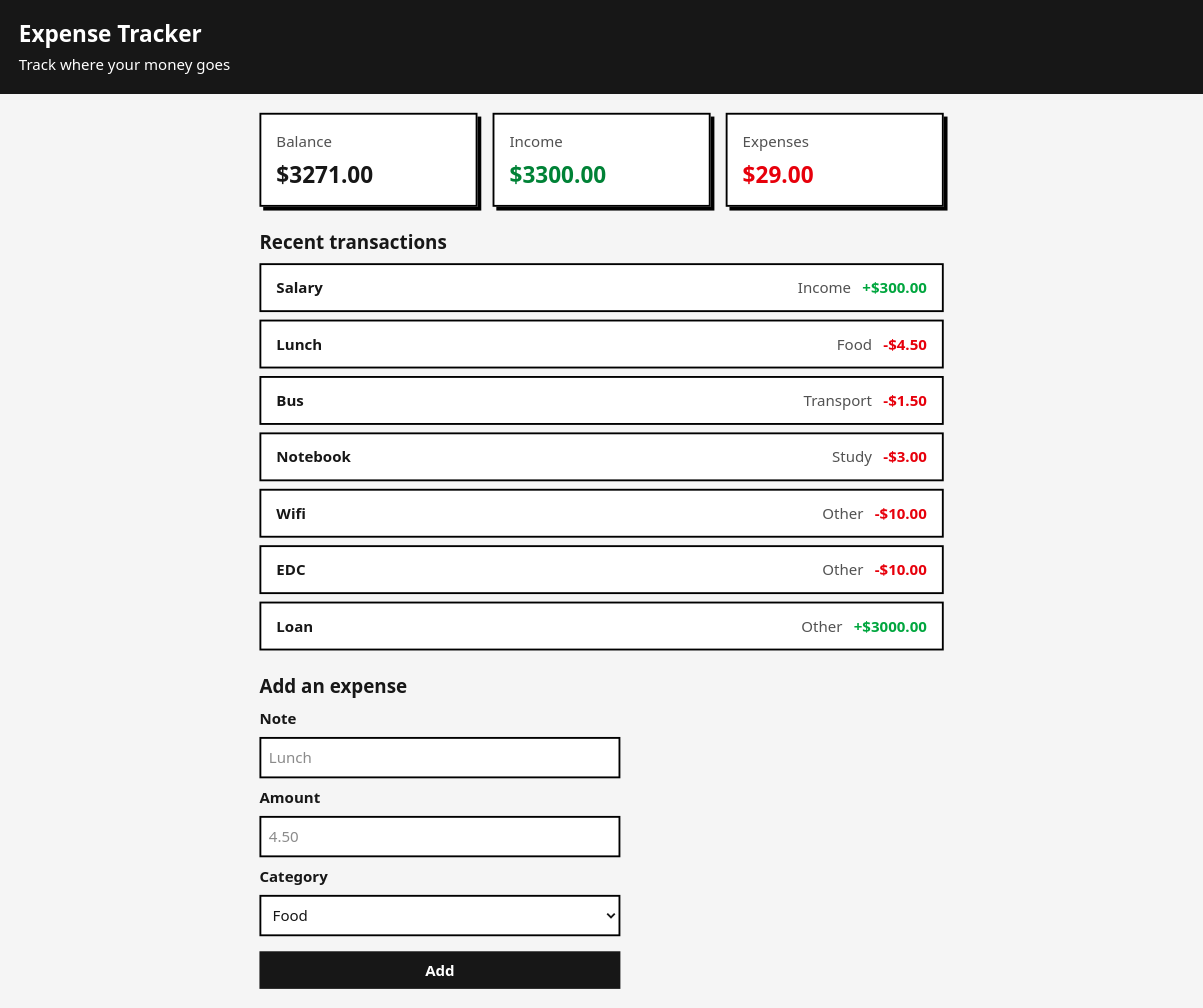
Repository: Keanbunheng/html-basics-Day1_AI
Page: expense-tracker-w2-d4-start/index.html
These files come from the project's save history. The page is drawn as it stood at one moment and after the next save; the edit follows.
The browser window is 1280 px wide. The pictures show the whole page, at 94% of full size.

Above is the page before, as saved 2026-11-17 21:23:18.

### expense-tracker-w2-d4-start/index.html
<!doctype html>
<html lang="en">
  <head>
    <meta charset="UTF-8" />
    <meta name="viewport" content="width=device-width, initial-scale=1.0" />
    <title>Expense Tracker</title>
    <script src="https://cdn.jsdelivr.net/npm/@tailwindcss/browser@4.1.18"></script>
  </head>
  <body class="bg-neutral-100 text-neutral-900">
    <header class="bg-neutral-900 p-5 text-white">
      <h1 class="mb-1 text-2xl font-bold">Expense Tracker</h1>
      <p>Track where your money goes</p>
    </header>

    <main class="mx-auto max-w-3xl p-5">
      <section class="mb-6 flex flex-col gap-4 sm:flex-row">
        <div
          class="flex-1 border-2 border-black bg-white p-4 shadow-[4px_4px_0_#000]"
        >
          <p class="mb-2 text-neutral-600">Balance</p>
          <p class="text-2xl font-bold" id="total-money">$291.00</p>
        </div>
        <div
          class="flex-1 border-2 border-black bg-white p-4 shadow-[4px_4px_0_#000]"
        >
          <p class="mb-2 text-neutral-600">Income</p>
          <p class="text-2xl font-bold text-green-700" id="income-money">
            $300.00
          </p>
        </div>
        <div
          class="flex-1 border-2 border-black bg-white p-4 shadow-[4px_4px_0_#000]"
        >
          <p class="mb-2 text-neutral-600">Expenses</p>
          <p class="text-2xl font-bold text-red-600" id="expense-money">
            $9.00
          </p>
        </div>
      </section>

      <section class="mb-6">
        <h2 class="mb-2 text-xl font-bold">Recent transactions</h2>
        <ul id="list-container">
          <li
            class="mb-2 flex flex-col gap-1 border-2 border-black bg-white px-4 py-3 sm:flex-row sm:justify-between sm:gap-3"
          >
            <span class="flex-1 font-semibold">Salary</span>
            <span class="text-neutral-600">Income</span>
            <span class="font-bold text-green-700">+$300.00</span>
          </li>
          <li
            class="mb-2 flex flex-col gap-1 border-2 border-black bg-white px-4 py-3 sm:flex-row sm:justify-between sm:gap-3"
          >
            <span class="flex-1 font-semibold">Lunch</span>
            <span class="text-neutral-600">Food</span>
            <span class="font-bold text-red-600">-$4.50</span>
          </li>
          <li
            class="mb-2 flex flex-col gap-1 border-2 border-black bg-white px-4 py-3 sm:flex-row sm:justify-between sm:gap-3"
          >
            <span class="flex-1 font-semibold">Bus</span>
            <span class="text-neutral-600">Transport</span>
            <span class="font-bold text-red-600">-$1.50</span>
          </li>
          <li
            class="mb-2 flex flex-col gap-1 border-2 border-black bg-white px-4 py-3 sm:flex-row sm:justify-between sm:gap-3"
          >
            <span class="flex-1 font-semibold">Notebook</span>
            <span class="text-neutral-600">Study</span>
            <span class="font-bold text-red-600">-$3.00</span>
          </li>
        </ul>
      </section>

      <section>
        <h2 class="mb-2 text-xl font-bold">Add an expense</h2>
        <form class="flex max-w-sm flex-col gap-2" id="input">
          <label for="note" class="font-semibold">Note</label>
          <input
            id="note"
            type="text"
            placeholder="Lunch"
            class="border-2 border-black bg-white p-2"
          />

          <label for="amount" class="font-semibold">Amount</label>
          <input
            id="amount"
            type="number"
            step="0.01"
            placeholder="4.50"
            class="border-2 border-black bg-white p-2"
          />

          <label for="category" class="font-semibold">Category</label>
          <select id="category" class="border-2 border-black bg-white p-2">
            <option>Food</option>
            <option>Transport</option>
            <option>Study</option>
            <option>Other</option>
          </select>

          <button
            type="submit"
            class="mt-2 bg-neutral-900 p-2 font-semibold text-white"
            id="Button"
          >
            Add
          </button>
        </form>
      </section>
    </main>
    <script src="app.js"></script>
  </body>
</html>

### expense-tracker-w2-d4-start/app.js
const transactions = [
  {
    id: 1,
    note: 'Salary',
    category: 'Income',
    type: 'income',
    amountCents: 30000,
  },
  { id: 2, note: 'Lunch', category: 'Food', type: 'expense', amountCents: 450 },
  {
    id: 3,
    note: 'Bus',
    category: 'Transport',
    type: 'expense',
    amountCents: 150,
  },
  {
    id: 4,
    note: 'Notebook',
    category: 'Study',
    type: 'expense',
    amountCents: 300,
  },
];

function formatMoney(cents) {
  const sign = cents < 0 ? '-' : '';
  return sign + '$' + (Math.abs(cents) / 100).toFixed(2);
}

function totalCents(list) {
  return list.reduce((sum, tx) => sum + tx.amountCents, 0);
}

function filterByCategory(list, category) {
  return list.filter((tx) => tx.category === category);
}

function filterByType(list, type) {
  return list.filter((tx) => tx.type === type);
}

function summarize(list) {
  const incomeCents = totalCents(filterByType(list, 'income'));
  const expensesCents = totalCents(filterByType(list, 'expense'));
  return {
    incomeCents: incomeCents,
    expensesCents: expensesCents,
    balanceCents: incomeCents - expensesCents,
  };
}

function addTransaction(list, tx) {
  return [...list, tx];
}

// Practice 2 — the AI's totalExpenses, reviewed and fixed:
// whole cents, no off-by-one loop, no duplicated work.
function totalExpenses(list) {
  return totalCents(filterByType(list, 'expense'));
}

const notes = transactions.map((tx) => tx.note);

console.log(formatMoney(transactions[1].amountCents));

// ----- Checks -----
function check(name, actual, expected) {
  const ok = actual === expected;
  console.log(
    ok ? '✓' : '✗',
    name,
    ok ? '' : `(expected ${expected}, got ${actual})`,
  );
}

check('format 450', formatMoney(450), '$4.50');
check('total of all', totalCents(transactions), 30900);
check('Food count', filterByCategory(transactions, 'Food').length, 1);
check('expense count', filterByType(transactions, 'expense').length, 3);
check('balance', summarize(transactions).balanceCents, 29100);
check(
  'new length',
  addTransaction(transactions, {
    id: 5,
    note: 'Coffee',
    category: 'Food',
    type: 'expense',
    amountCents: 250,
  }).length,
  5,
);
check('notes', notes.join(','), 'Salary,Lunch,Bus,Notebook');
check('total expenses', totalExpenses(transactions), 900);

// Edge cases
check('total of empty list', totalCents([]), 0);
check('total expenses of empty list', totalExpenses([]), 0);
check('original list not changed', transactions.length, 4); // after addTransaction

function ListShow() {
  const lists = document.querySelector('#list-container');
  lists.innerHTML = transactions
    .map((ele) => {
      let isExpense = true;
      if (ele.type != 'expense') {
        isExpense = false;
      }
      return `
  <li class="mb-2 flex flex-col gap-1 border-2 border-black bg-white px-4 py-3 sm:flex-row sm:justify-between sm:gap-3">
    <span class="flex-1 font-semibold">${ele.note}</span>
    <span class="text-neutral-600">${ele.category}</span>
    <span class="font-bold ${isExpense ? 'text-red-600' : 'text-green-600'}">${isExpense ? '-' : '+'}${formatMoney(ele.amountCents)}</span>
  </li>
`;
    })
    .join('');
}
function dashboardDetail() {
  const sum = summarize(transactions);
  const totalMoney = (document.getElementById('total-money').textContent =
    formatMoney(sum.balanceCents));
  const incomeMoney = (document.getElementById('income-money').innerHTML =
    formatMoney(sum.incomeCents));

  const expenseMoney = (document.getElementById('expense-money').innerHTML =
    formatMoney(sum.expensesCents));
}
transactions.push({
  id: 9,
  note: 'Wifi',
  category: 'Other',
  type: 'expense',
  amountCents: 1000,
});

transactions.push({
  id: 5,
  note: 'EDC',
  category: 'Other',
  type: 'expense',
  amountCents: 1000,
});

transactions.push({
  id: 6,
  note: 'Loan',
  category: 'Other',
  type: 'income',
  amountCents: 300000,
});

ListShow();
dashboardDetail();

const note_ = ""

After the next save:
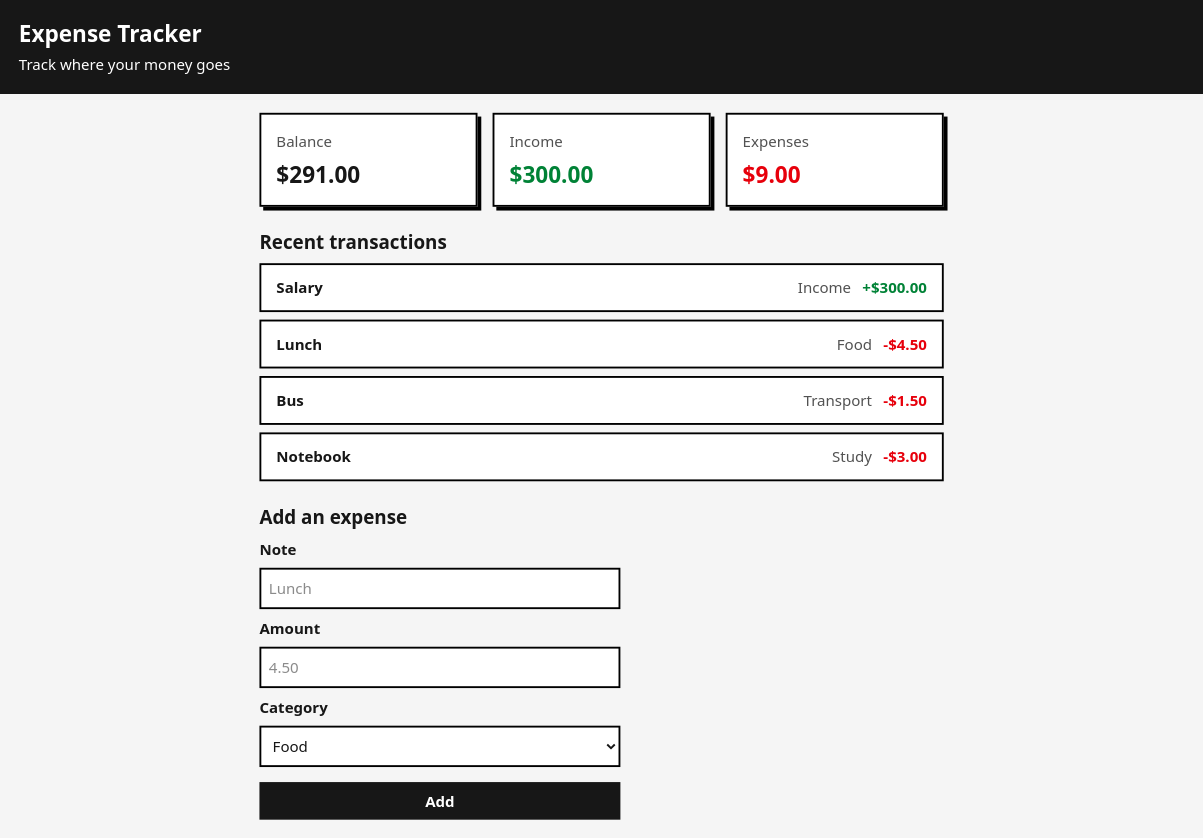
Console error: SyntaxError: Identifier 'noteData' has already been declared
Saved 4 s later.
--- a/expense-tracker-w2-d4-start/app.js
+++ b/expense-tracker-w2-d4-start/app.js
@@ -153,4 +153,6 @@ transactions.push({
 ListShow();
 dashboardDetail();
 
-const note_ = ""
+const noteData = ""
+const noteData = ""
+const noteData = ""

After the 2 saves that followed:
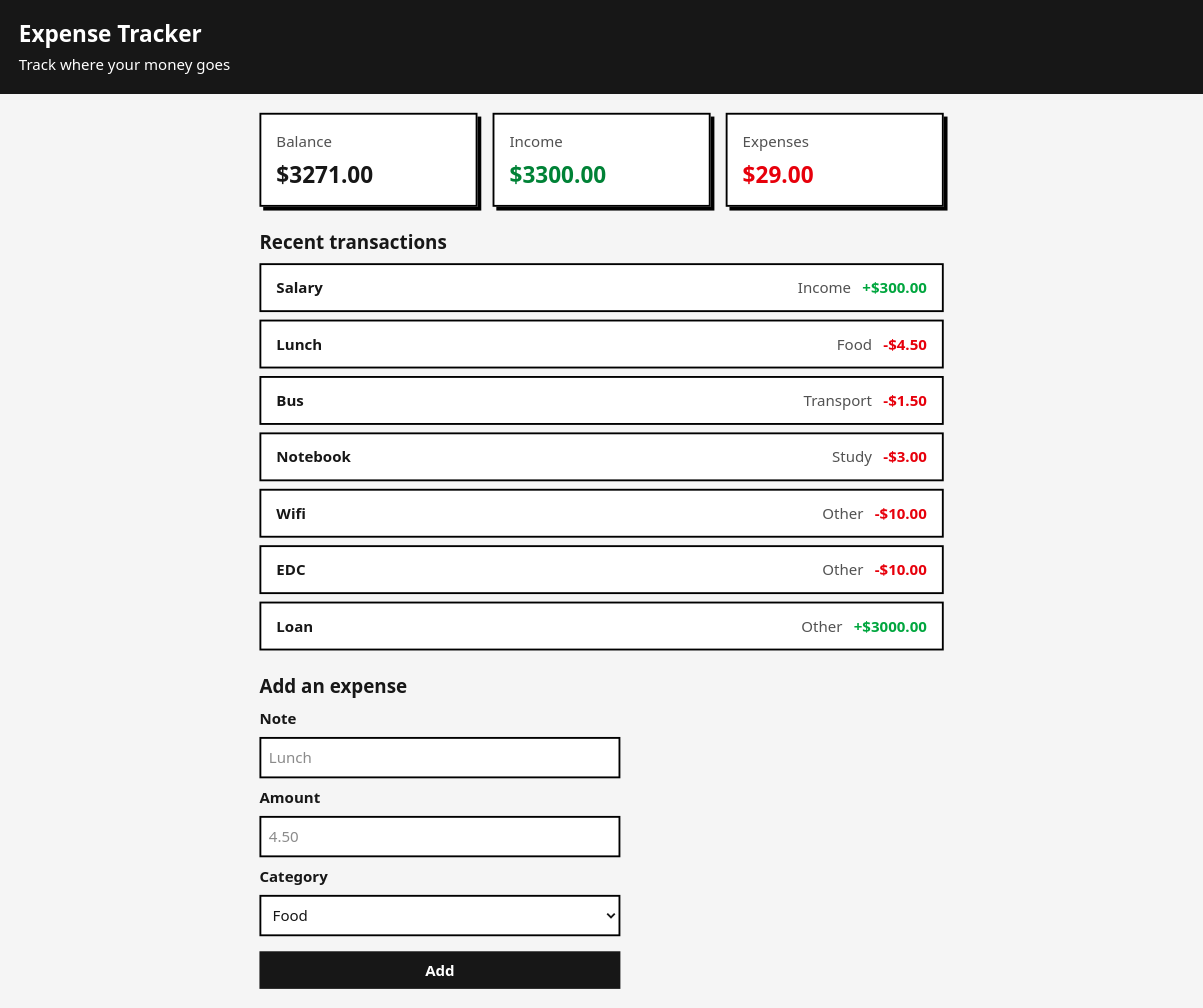
The error is gone.
The 2 saves are shown as one change because 1 left the picture as it was.
The last was saved 12 s later.
--- a/expense-tracker-w2-d4-start/app.js
+++ b/expense-tracker-w2-d4-start/app.js
@@ -154,5 +154,5 @@ ListShow();
 dashboardDetail();
 
 const noteData = ""
-const noteData = ""
-const noteData = ""
+const amountData = ""
+const categoryData = ""
